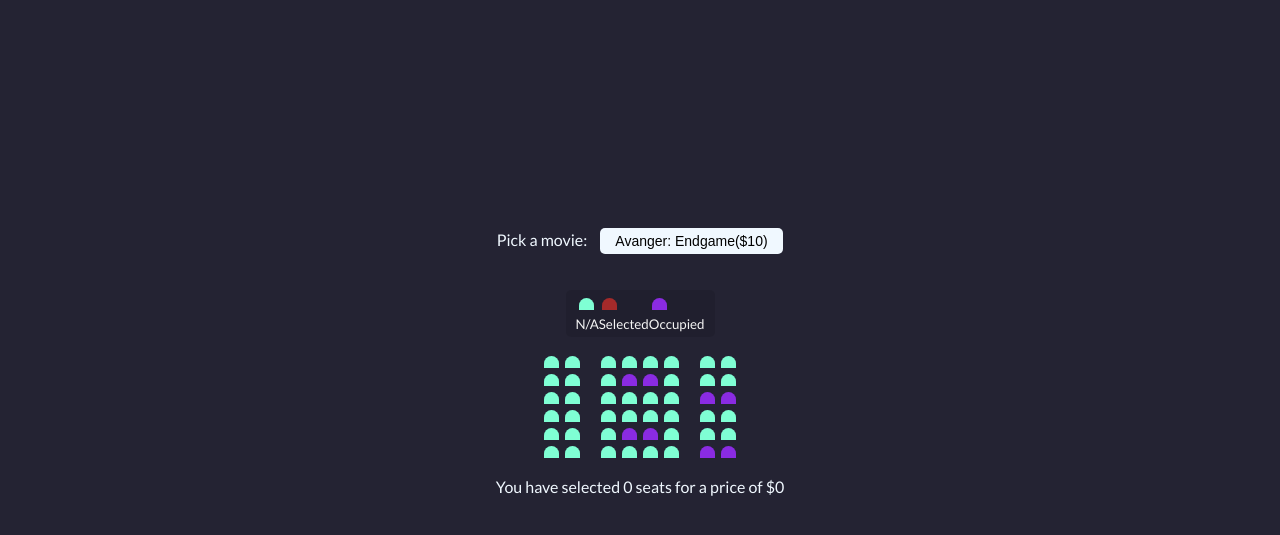
Repository: atko87/Movie-seat-Booking
Page: index.html
An editor plug-in stored every save of this project. The page is shown before and after the next save, followed by the edit.
The browser window is 1280 px wide. The pictures show the whole page.

Above is the page before, as saved 2020-03-08 14:05:06.

### index.html
<!DOCTYPE html>
<html lang="en">
  <head>
    <meta charset="UTF-8" />
    <meta name="viewport" content="width=device-width, initial-scale=1.0" />
    <link rel="stylesheet" href="style.css" />
    <title>Movie Seat Booking</title>
  </head>
  <body>
    <div class="movie-container">
      <label>Pick a movie:</label>
      <select id="movie">
        <option value="10">Avanger: Endgame($10)</option>
        <option value="12">Joker ($12)</option>
        <option value="8">Neretva($15)</option>
        <option value="9">Delfina ($20)</option>
      </select>
    </div>

    <ul class="showcase">
      <li>
        <div class="seat"></div>
        <small>N/A</small>
      </li>
      <li>
        <div class="seat selected"></div>
        <small>Selected</small>
      </li>
      <li>
        <div class="seat occupied"></div>
        <small>Occupied</small>
      </li>
    </ul>

    <div class="container">
      <div class="screen"></div>
      <div class="row">
        <div class="seat"></div>
        <div class="seat"></div>
        <div class="seat"></div>
        <div class="seat"></div>
        <div class="seat"></div>
        <div class="seat"></div>
        <div class="seat"></div>
        <div class="seat"></div>
      </div>
      <div class="row">
        <div class="seat"></div>
        <div class="seat"></div>
        <div class="seat"></div>
        <div class="seat occupied"></div>
        <div class="seat occupied"></div>
        <div class="seat"></div>
        <div class="seat"></div>
        <div class="seat"></div>
      </div>
      <div class="row">
        <div class="seat"></div>
        <div class="seat"></div>
        <div class="seat"></div>
        <div class="seat"></div>
        <div class="seat"></div>
        <div class="seat"></div>
        <div class="seat occupied"></div>
        <div class="seat occupied"></div>
      </div>
      <div class="row">
        <div class="seat"></div>
        <div class="seat"></div>
        <div class="seat"></div>
        <div class="seat"></div>
        <div class="seat"></div>
        <div class="seat"></div>
        <div class="seat"></div>
        <div class="seat"></div>
      </div>
      <div class="row">
        <div class="seat"></div>
        <div class="seat"></div>
        <div class="seat"></div>
        <div class="seat occupied"></div>
        <div class="seat occupied"></div>
        <div class="seat"></div>
        <div class="seat"></div>
        <div class="seat"></div>
      </div>
      <div class="row">
        <div class="seat"></div>
        <div class="seat"></div>
        <div class="seat"></div>
        <div class="seat"></div>
        <div class="seat"></div>
        <div class="seat"></div>
        <div class="seat occupied"></div>
        <div class="seat occupied"></div>
      </div>
    </div>
    <p class="text">
      You have selected <span id="count">0 </span>seats for a price of $<span
        id="total"
        >0</span
      >
    </p>
    <script src="script.js"></script>
  </body>
</html>

### style.css
@import url("https://fonts.googleapis.com/css?family=Lato&display=swap");

* {
  box-sizing: border-box;
}

body {
  background-color: #242333;
  color: aliceblue;
  display: flex;
  flex-direction: column;
  align-items: center;
  justify-content: center;
  height: 100vh;
  font-family: "Lato", sans-serif;
  margin: 0;
}

.movie-container {
  margin: 20px 0;
}

.movie-container select {
  background-color: aliceblue;
  border: 0;
  border-radius: 5px;
  font-size: 14px;
  margin-left: 10px;
  padding: 5px 15px 5px 15px;
  -moz-appearance: none;
  -webkit-appearance: none;
  appearance: none;
}
.seat {
  background-color: aquamarine;
  height: 12px;
  width: 15px;
  margin: 3px;
  border-top-left-radius: 10px;
  border-top-right-radius: 10px;
}
.seat.selected {
  background-color: brown;
}
.seat.occupied {
  background-color: blueviolet;
}
.seat:nth-of-type(2) {
  margin-right: 18px;
}
.seat:nth-last-of-type(2) {
  margin-left: 18px;
}
.seat:not(.occupied):hover {
  cursor: pointer;
  transform: scale(1.2);
}
.showcase.seat:not(.occupied):hover {
  cursor: default;
  transform: scale(1);
}
.showcase {
  background-color: rgba(0, 0, 0, 0.1);
  padding: 5px 10px;
  border-radius: 5px;
  color: whitesmoke;
  list-style-type: none;
  display: flex;
  justify-content: space-between;
}
.row {
  display: flex;
}

Loaded but not shown: script.js (no copy from this time; the picture is the same without it)

After the next save:
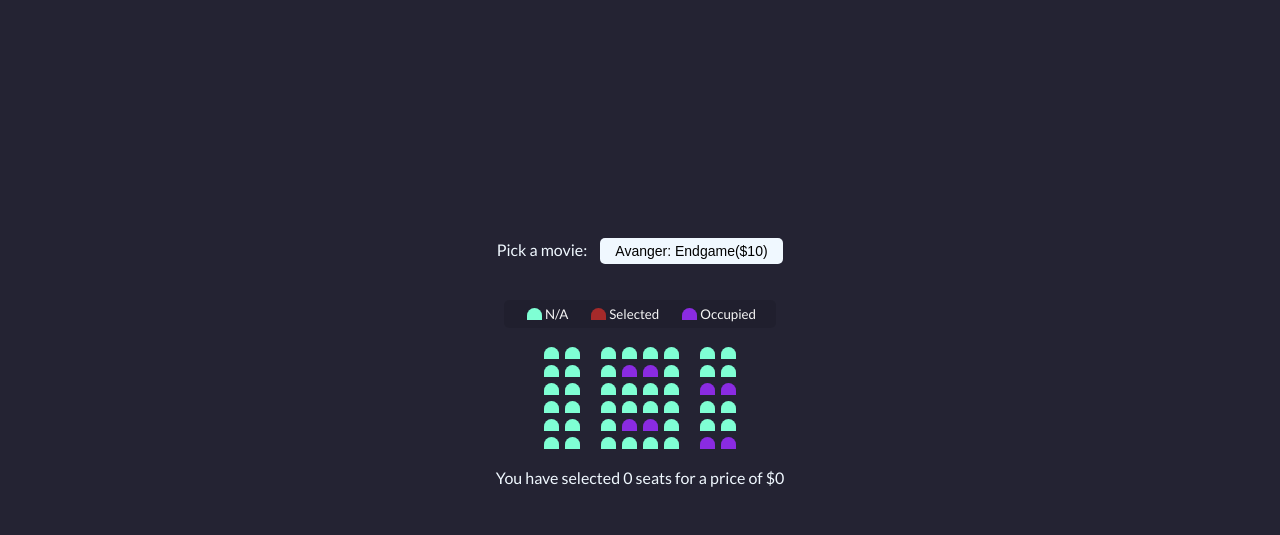
Saved 88 s later.
--- a/style.css
+++ b/style.css
@@ -68,6 +68,13 @@
   display: flex;
   justify-content: space-between;
 }
+
+.showcase li {
+  display: flex;
+  align-items: center;
+  justify-content: center;
+  margin: 0 10px;
+}
 .row {
   display: flex;
 }
